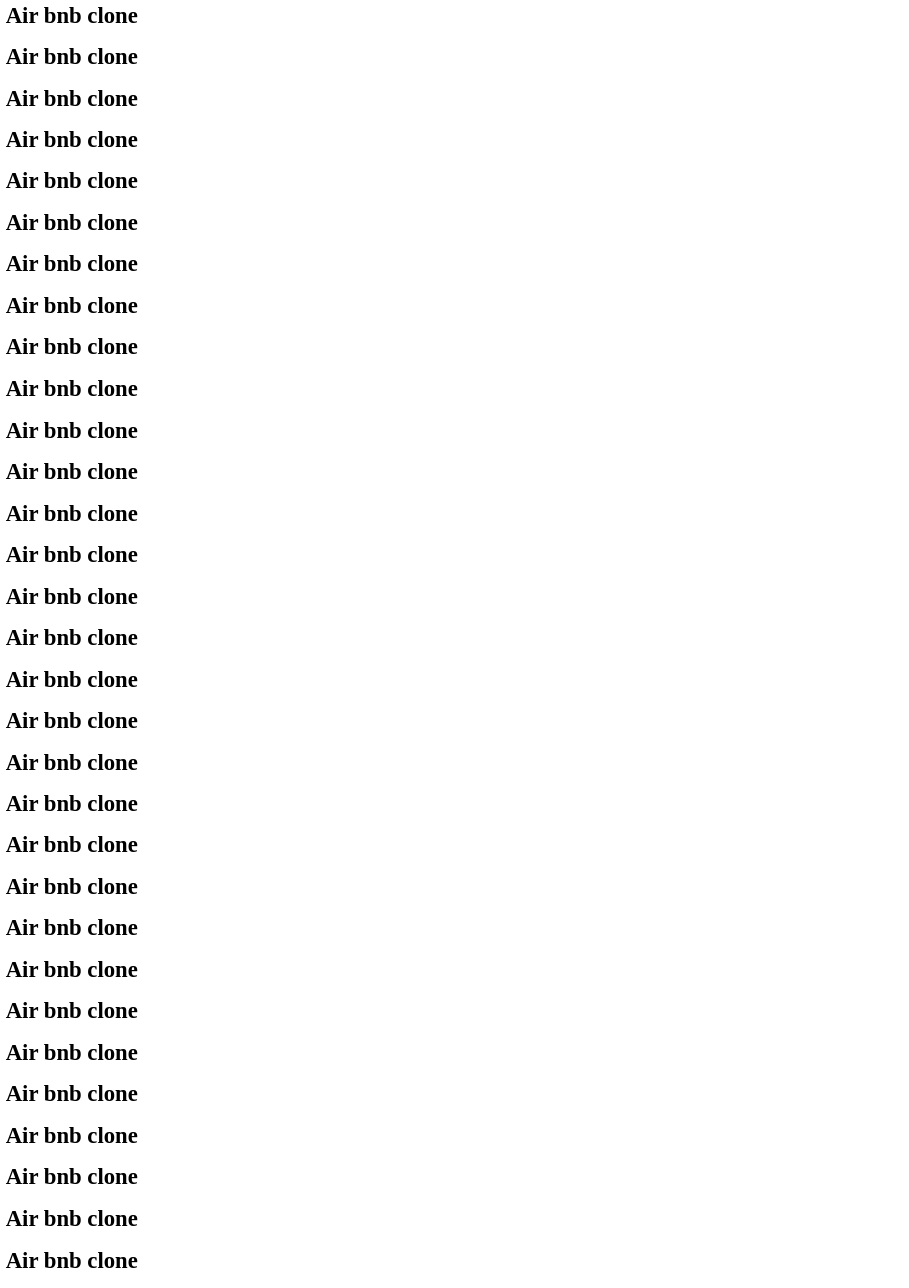
Repository: ahmadsaadkhan/Airbn-demo
Page: /
The author's editor kept a copy of each file at every save. The page is drawn from the files as they stood at one save, then again after the next save.
The browser window is 1280 px wide. The pictures show the part of the page from y = 720 to 2563 px (the page is 2534 px tall before and 2563 px after), at 71% of full size.
The project was rebuilt for these pictures with package versions that can differ from the ones it lists, and the page was loaded fresh each time. The framework's server and built-in components were replaced by stand-ins that run in the browser. Also part of the build but not shown: next.config.js.

Above is the page before, as saved 2021-08-06 17:20:42.

### pages/index.js
import Head from 'next/head'
import Header from '../Components/Header'

export default function Home() {
  return (
    <div className="">
      <Head>
        <title>Air Bnb Clone</title>
        <link rel="icon" href="/favicon.ico" />
      </Head>
      <Header />
      <h1>Air bnb clone</h1>
      <h1>Air bnb clone</h1>
      <h1>Air bnb clone</h1>
      <h1>Air bnb clone</h1>
      <h1>Air bnb clone</h1>
      <h1>Air bnb clone</h1>
      <h1>Air bnb clone</h1>
      <h1>Air bnb clone</h1>
      <h1>Air bnb clone</h1>
      <h1>Air bnb clone</h1>
      <h1>Air bnb clone</h1>
      <h1>Air bnb clone</h1>
      <h1>Air bnb clone</h1>
      <h1>Air bnb clone</h1>
      <h1>Air bnb clone</h1>
      <h1>Air bnb clone</h1>
      <h1>Air bnb clone</h1>
      <h1>Air bnb clone</h1>
      <h1>Air bnb clone</h1>
      <h1>Air bnb clone</h1>
      <h1>Air bnb clone</h1>
      <h1>Air bnb clone</h1>
      <h1>Air bnb clone</h1>
      <h1>Air bnb clone</h1>
      <h1>Air bnb clone</h1>
      <h1>Air bnb clone</h1>
      <h1>Air bnb clone</h1>
      <h1>Air bnb clone</h1>
      <h1>Air bnb clone</h1>
      <h1>Air bnb clone</h1>
      <h1>Air bnb clone</h1>
      <h1>Air bnb clone</h1>
      <h1>Air bnb clone</h1>
      <h1>Air bnb clone</h1>
      <h1>Air bnb clone</h1>
      <h1>Air bnb clone</h1>
      <h1>Air bnb clone</h1>
      <h1>Air bnb clone</h1>
      <h1>Air bnb clone</h1>
      <h1>Air bnb clone</h1>
      <h1>Air bnb clone</h1>
      <h1>Air bnb clone</h1>
      <h1>Air bnb clone</h1>
    </div>
  )
}

### Components/Header.js
import Image from "next/image";

const Header = () => {
    return (
        <header className="sticky top-0 z-50 grid grid-col-3 bg-white shadow-md p-5 md:px-10">
            <div className="relative flex items-center h-10 cursor-pointer">
                <Image
                src="https://links.papareact.com/qd3"
                layout="fill"
                objectFit="contain"
                objectPosition="left"
                />
            </div>
            <div></div>
            <div></div>
        </header>
     );
}

export default Header;

Loaded but not shown: pages/_app.js (common file)

After the next save:
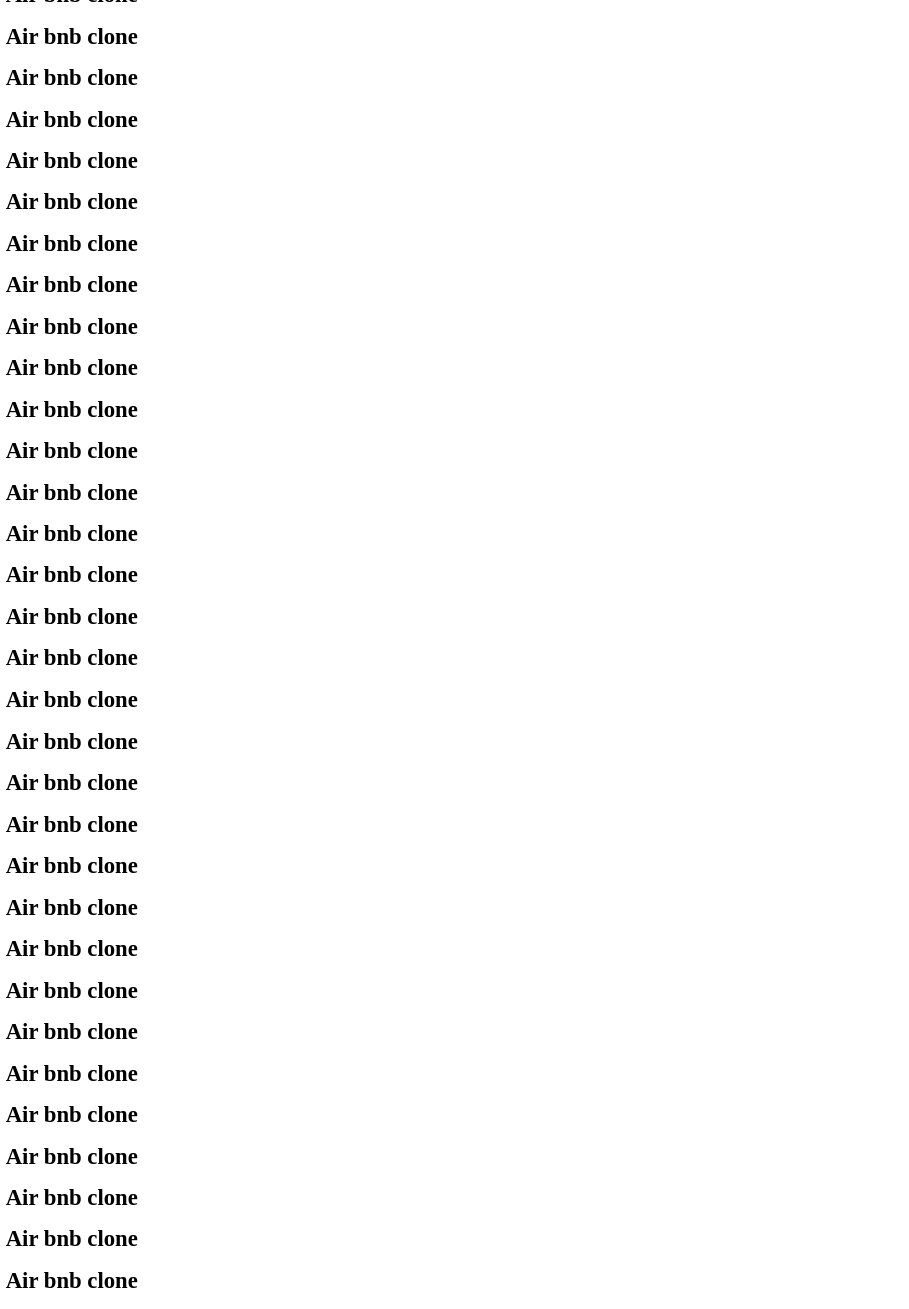
Saved 5 min 33 s later.
--- a/Components/Header.js
+++ b/Components/Header.js
@@ -11,7 +11,9 @@ const Header = () => {
                 objectPosition="left"
                 />
             </div>
-            <div></div>
+            <div>
+                <input type="text" placeholder="Search" />
+            </div>
             <div></div>
         </header>
      );
